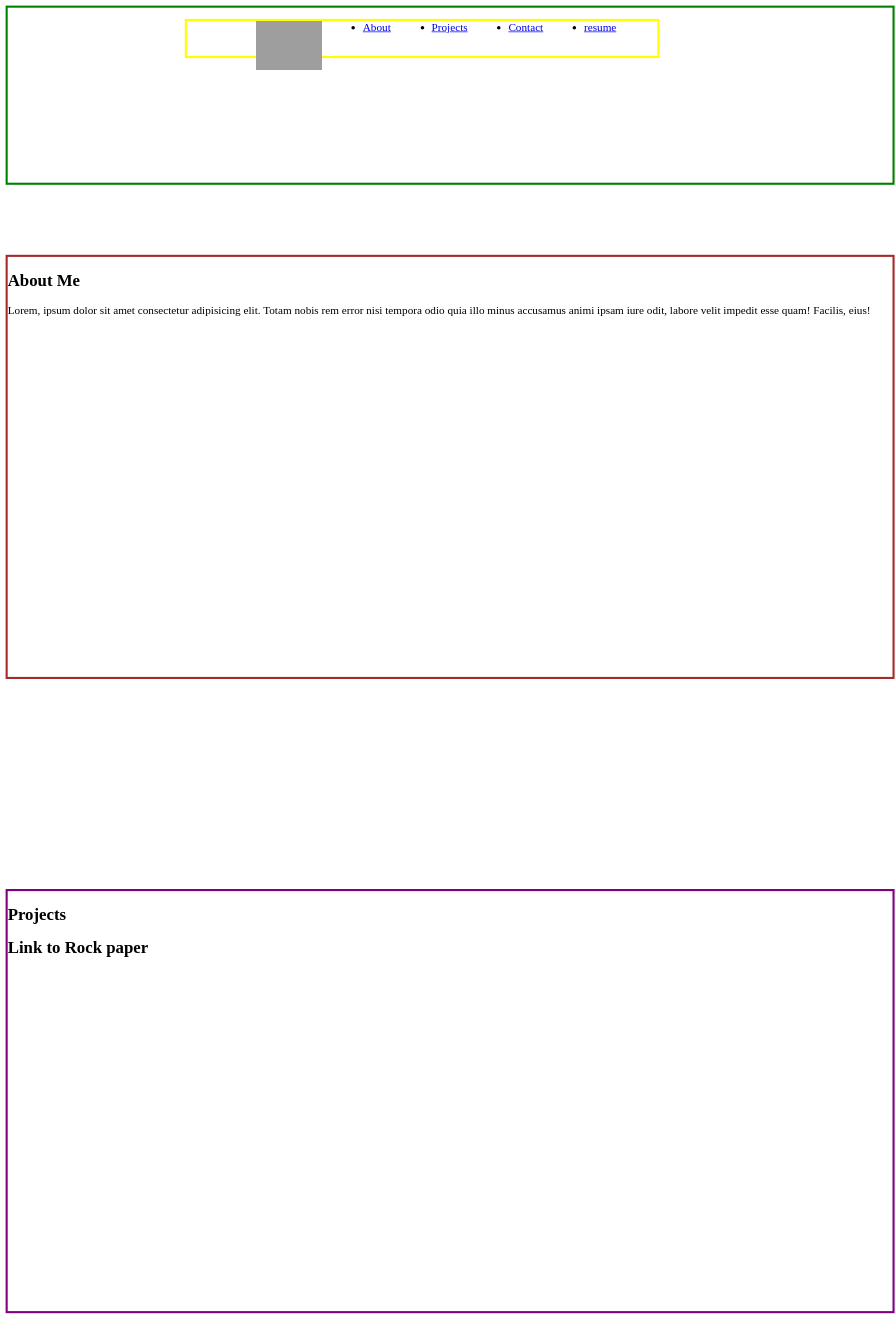
Repository: JohnDunst/projecttwo
Page: /
These files come from the project's save history. The page is drawn as it stood at one moment and after the next save; the edit follows.
The browser window is 1280 px wide. The pictures show the part of the page from y = 0 to 1920 px (the page is 2790 px tall), at 70% of full size.
Pictures or frames that could not be fetched are drawn as grey boxes. The project was rebuilt for these pictures with package versions that can differ from the ones it lists, and the page was loaded fresh each time. Imported but missing from the stored project, and not drawn on this page: src/assets/Dunst Resume.pdf.

Above is the page before, as saved 2023-08-03 23:21:13.

After the next save:
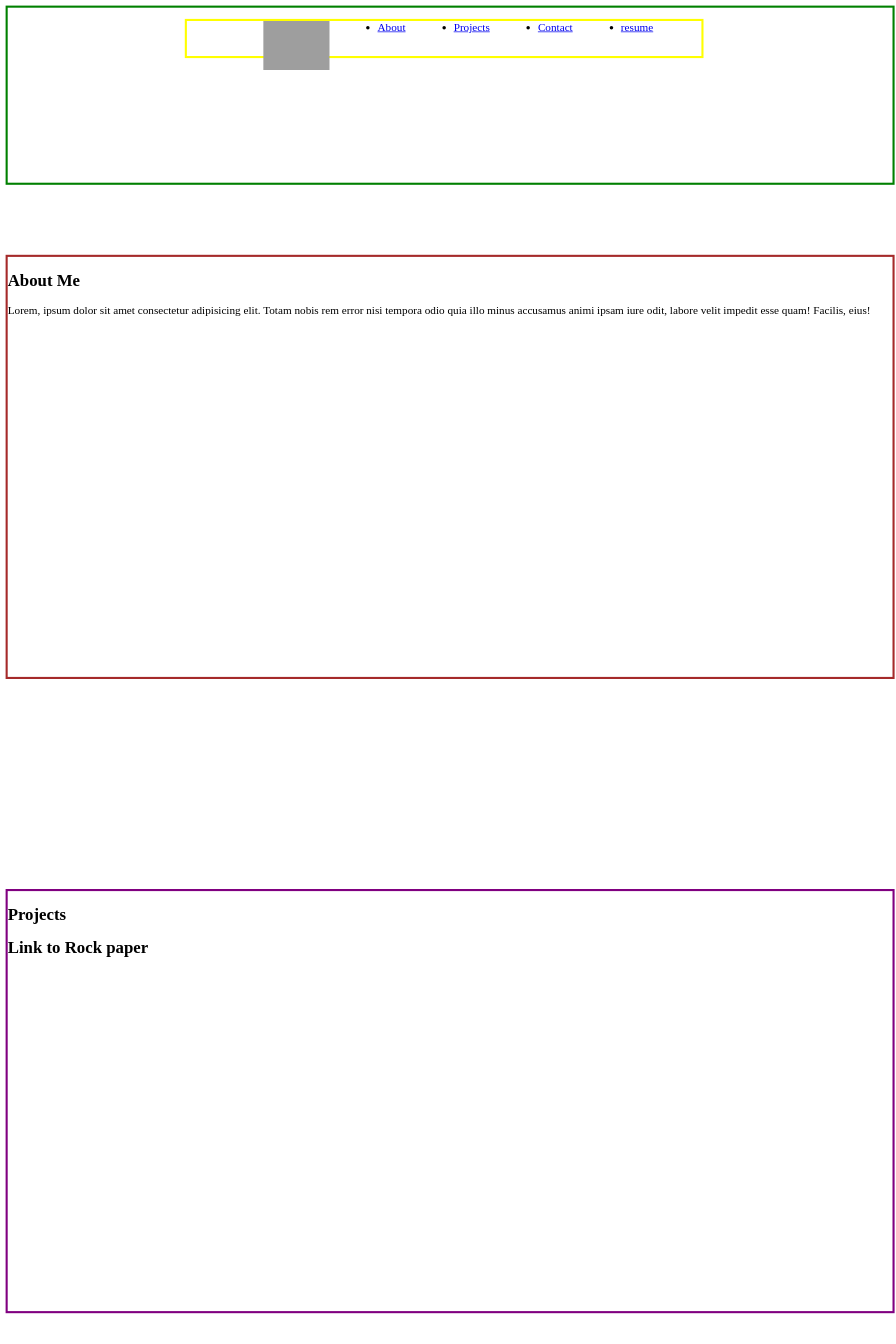
Saved 13 s later.
--- a/src/style.css
+++ b/src/style.css
@@ -18,7 +18,7 @@
 
 .linkContainer{
 border: solid yellow;
-width: 50%;
+width: 55%;
 height:50px;
 display: flex;
 justify-content: space-evenly;
